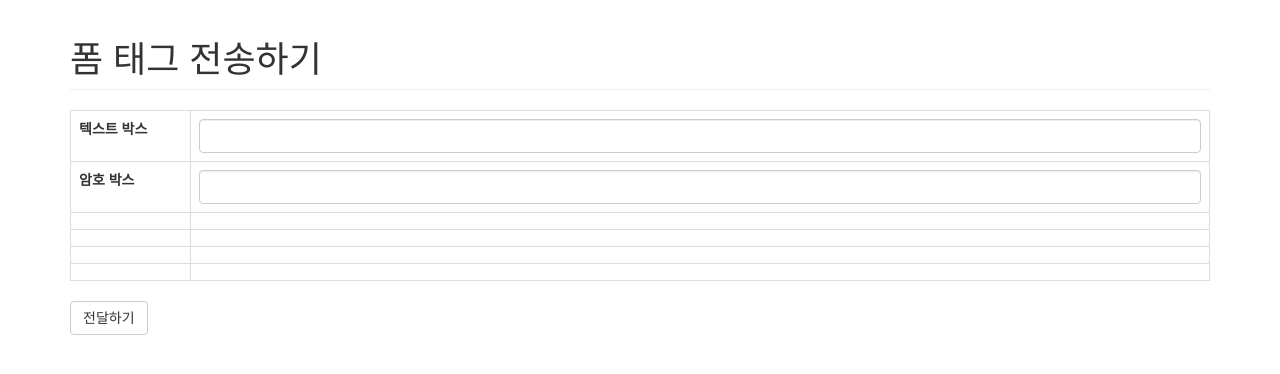
Repository: kimgyuseok/Server
Page: http://localhost/JSPTest/ex04.jsp
These files come from the project's save history. The page is drawn as it stood at one moment and after the next save; the edit follows.
The browser window is 1280 px wide. The pictures show the whole page.
The page is served by Tomcat 9.

Above is the page before, as saved 2022-01-06 05:05:17.

### JSPTest/src/main/webapp/ex04.jsp

<%@ page language="java" contentType="text/html; charset=UTF-8"
    pageEncoding="UTF-8"%>

<!DOCTYPE html>
<html>
<head>
<meta charset="UTF-8">
<title>Insert title here</title>
<%@ include file="/inc/asset.jsp" %>
<style>
	table { width:600px; }
	th { width: 120px; }
</style>
</head>
<body>

	<div class="container">

		<h1 class="page-header">폼 태그 전송하기</h1>
		<form method="POST" action="/jsp/ex04ok.jsp">
		<table class="table table-bordered">
			<tr>
				<th>텍스트 박스</th>
				<td><input type="text" name="txt1" class="form-control"></td>
			</tr>
			<tr>
				<th>암호 박스</th>
				<td><input type="text" name="pw1" class="form-control"></td>
			</tr>
			<tr>
				<th></th>
				<td></td>
			</tr>
			<tr>
				<th></th>
				<td></td>
			</tr>
			<tr>
				<th></th>
				<td></td>
			</tr>
			<tr>
				<th></th>
				<td></td>
			</tr>
		</table>

		<input type="submit" value="전달하기" class="btn btn-default">
		</form>
	</div>


</body>
</html>

### JSPTest/src/main/webapp/inc/asset.jsp
<%@ page language="java" contentType="text/html; charset=UTF-8"
    pageEncoding="UTF-8"%>
<!-- asset.jsp -->

<link rel="stylesheet" href="/jsp/asset/css/bootstrap.css">

<script src="/jsp/asset/js/jquery-1.12.4.js"></script>
<script src="/jsp/asset/js/bootstrap.js"></script>

Loaded but not shown: JSPTest/src/main/webapp/asset/css/bootstrap.css (library); JSPTest/src/main/webapp/asset/js/jquery-1.12.4.js (library); JSPTest/src/main/webapp/asset/js/bootstrap.js (library)

After the next save:
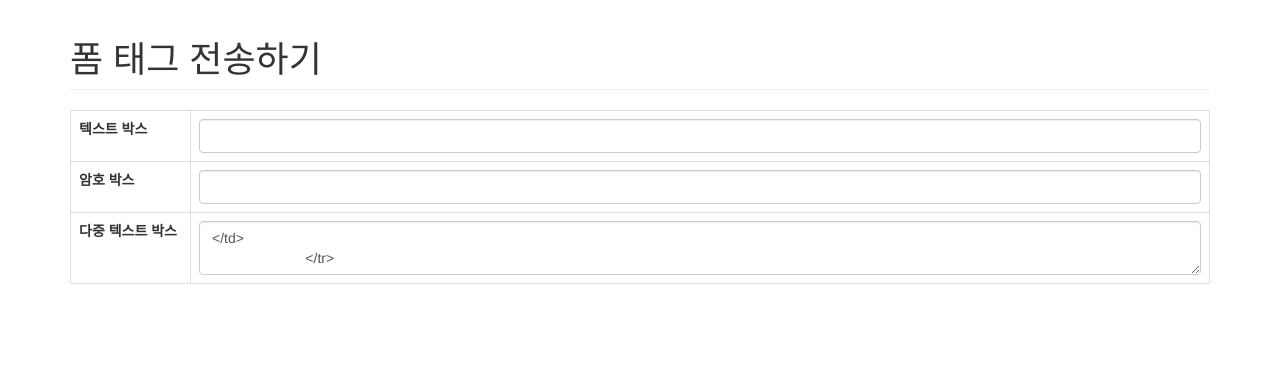
Saved 118 s later.
--- a/JSPTest/src/main/webapp/ex04.jsp
+++ b/JSPTest/src/main/webapp/ex04.jsp
@@ -29,8 +29,8 @@
 				<td><input type="text" name="pw1" class="form-control"></td>
 			</tr>
 			<tr>
-				<th></th>
-				<td></td>
+				<th>다중 텍스트 박스</th>
+				<td><textarea style="height200px;" class="form-control"></td>
 			</tr>
 			<tr>
 				<th></th>
